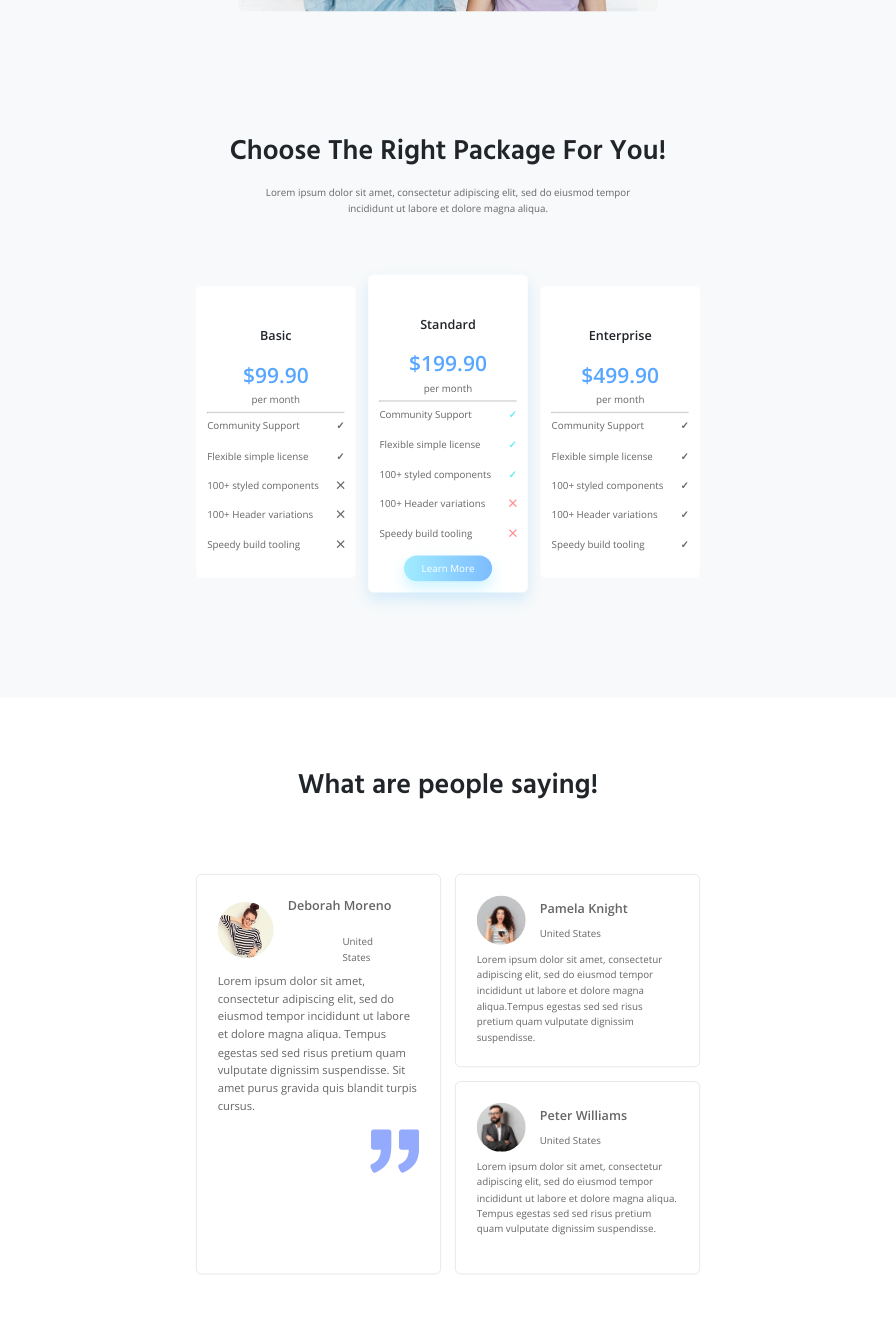
Repository: Sc-Juju/CodeRad
Page: index.html
These files come from the project's save history. The page is drawn as it stood at one moment and after the next save; the edit follows.
The browser window is 1280 px wide. The pictures show the part of the page from y = 2319 to 4239 px (the page is 4239 px tall before and 4194 px after), at 70% of full size.

Above is the page before, as saved 2022-11-11 22:09:41.

After the next save:
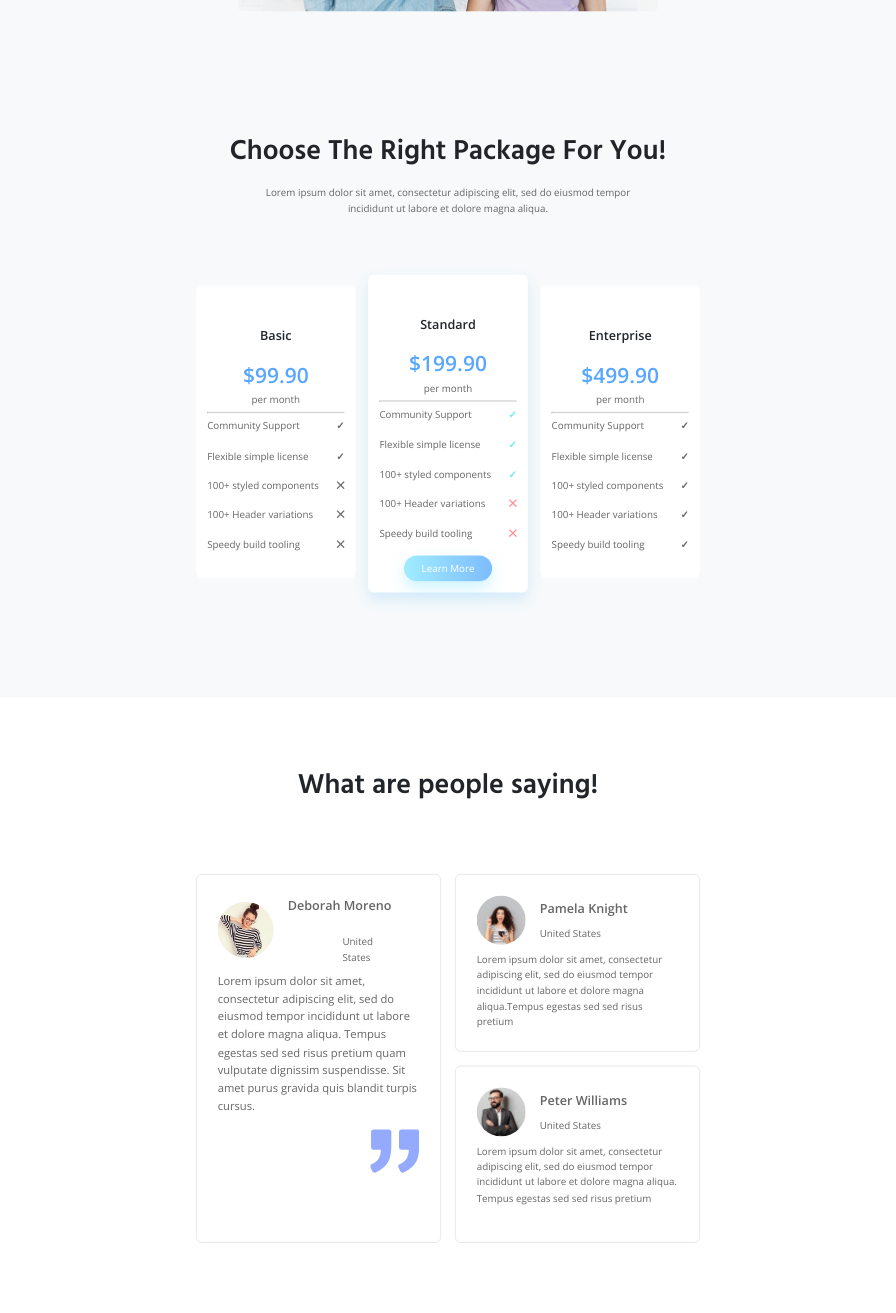
Saved 4 days later.
--- a/index.html
+++ b/index.html
@@ -347,7 +347,7 @@
 							Lorem ipsum dolor sit amet, consectetur adipiscing
 							elit, sed do eiusmod tempor incididunt ut labore et
 							dolore magna aliqua.Tempus egestas sed sed risus
-							pretium quam vulputate dignissim suspendisse.
+							pretium
 						</p>
 					</div>
 				</div>
@@ -369,7 +369,7 @@
 							Lorem ipsum dolor sit amet, consectetur adipiscing
 							elit, sed do eiusmod tempor incididunt ut labore et
 							dolore magna aliqua. Tempus egestas sed sed risus
-							pretium quam vulputate dignissim suspendisse.
+							pretium
 						</p>
 					</div>
 				</div>
